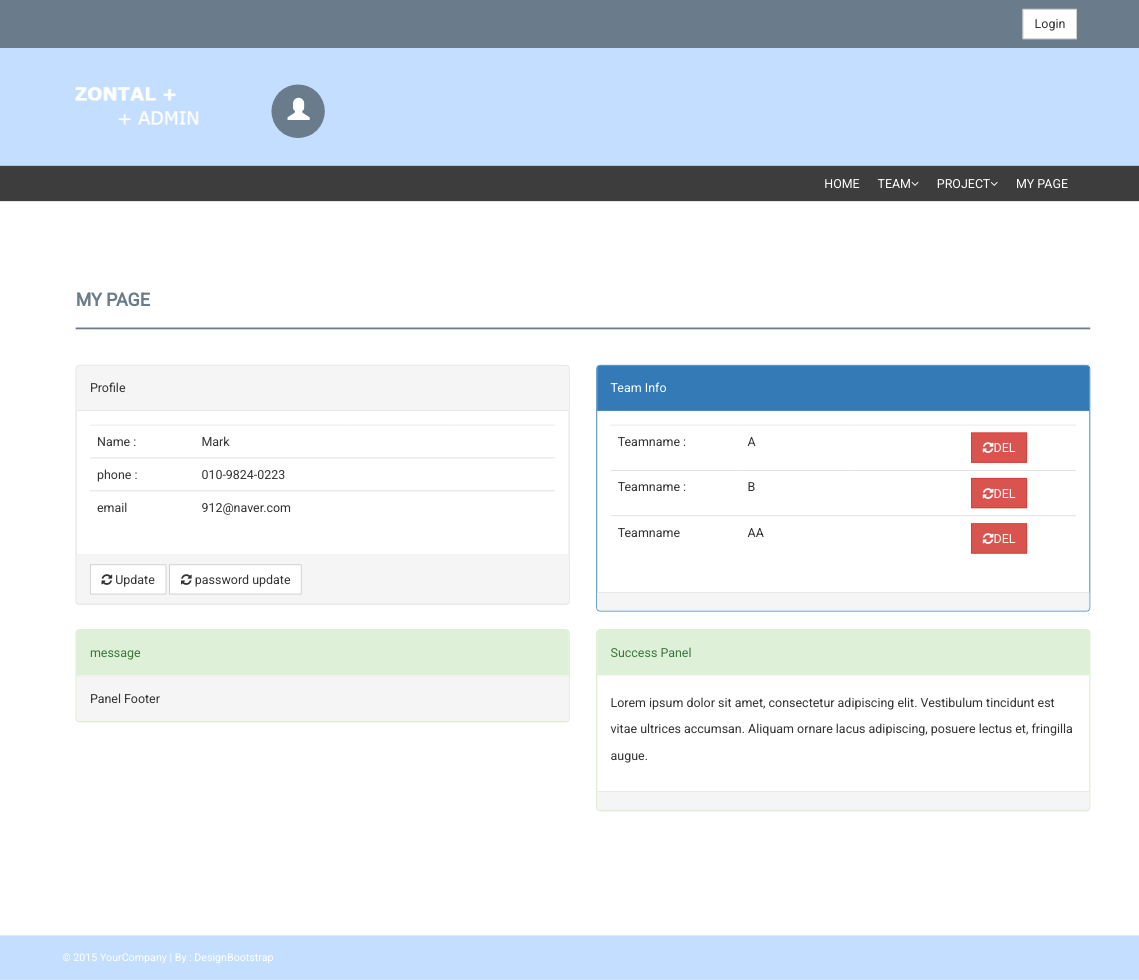
Repository: hwju91/skuniv
Page: http://localhost/0903.2/WEB-INF/jsp/mypage.jsp
An editor plug-in stored every save of this project. The page is shown before and after the next save, followed by the edit.
The browser window is 1280 px wide. The pictures show the whole page, at 89% of full size.
The page is served by Tomcat 9. Nobody is signed in. Other server files are loaded and not shown. The template is opened directly, without the code that normally fills it, so the values that code supplies are empty.

Above is the page before, as saved 2016-09-06 10:24:47.

### 0903.2/WebContent/WEB-INF/jsp/mypage.jsp
<%@ page language="java" contentType="text/html; charset=UTF-8"
	pageEncoding="UTF-8"%>
<jsp:include page="header_index.jsp" />
<jsp:include page="nav.jsp" />
<jsp:include page="menu_mypage.jsp" />


 <div class="content-wrapper">
            <div class="container">

            <div class="row">
				<div class="col-md-12">
					<h1 class="page-head-line">My page</h1>
				</div>
			</div>


			 <div class="row">
                <div class="col-md-6 col-sm-6">
                    <div class="panel panel-default">
                        <div class="panel-heading">
                            Profile
                        </div>
                        <div class="panel-body">
                            <div class="table-responsive">
                                <table class="table">
                                    <thead>
                                        <!-- <tr>
                                            <th>#</th>
                                            <th>First Name</th>
                                            <th>Last Name</th>
                                            <th>Username</th>
                                        </tr> -->
                                    </thead>
                                    <tbody>
                                        <tr>
                                            <td>Name :</td>
                                            <td>Mark</td>
                                            <td> </td>
                                            <td> </td>
                                        </tr>
                                        <tr>
                                            <td>phone : </td>
                                            <td>010-9824-0223</td>
                                            <td></td>
                                            <td></td>
                                        </tr>
                                        <tr>
                                            <td>email</td>
                                            <td>912@naver.com</td>
                                            <td></td>
                                            <td></td>
                                        </tr>

                                    </tbody>
                                </table>
                            </div>
                        </div>


                        <div class="panel-footer">
                            <a href="#" class="btn btn-default"><i class=" fa fa-refresh "></i> Update</a>
                            <a href="#" class="btn btn-default"><i class=" fa fa-refresh "></i> password update</a>
                        </div>
                    </div>

                </div>

                <div class="col-md-6 col-sm-6">
                    <div class="panel panel-primary">
                        <div class="panel-heading">
                            	Team Info
                        </div>
                         <div class="panel-body">
                            <div class="table-responsive">
                                <table class="table">
                                    <thead>
                                        <!-- <tr>
                                            <th>#</th>
                                            <th>First Name</th>
                                            <th>Last Name</th>
                                            <th>Username</th>
                                        </tr> -->
                                    </thead>
                                    <tbody>
                                        <tr>
                                            <td>Teamname :</td>
                                            <td>A</td>
                                            <td> </td>
                                            <td>  <a href="#" class="btn btn-danger"><i class=" fa fa-refresh "></i>DEL</a></td>
                                        </tr>
                                        <tr>
                                            <td>Teamname : </td>
                                            <td>B</td>
                                            <td></td>
                                            <td><a href="#" class="btn btn-danger"><i class=" fa fa-refresh "></i>DEL</a></td>
                                        </tr>
                                        <tr>
                                            <td>Teamname</td>
                                            <td>AA</td>
                                            <td></td>
                                            <td><a href="#" class="btn btn-danger"><i class=" fa fa-refresh "></i>DEL</a></td>
                                        </tr>

                                    </tbody>
                                </table>
                            </div>
                        </div>
                        <div class="panel-footer">
                        </div>
                    </div>
                </div>
                <div class="col-md-6 col-sm-6">
                    <div class="panel panel-success">
                        <div class="panel-heading">
                            message
                        </div>

                        <div class="panel-footer">
                            Panel Footer
                        </div>
                    </div>
                </div>

                 <div class="col-md-6 col-sm-6">
                    <div class="panel panel-success">
                        <div class="panel-heading">
                            Success Panel
                        </div>
                        <div class="panel-body">
                            <p>Lorem ipsum dolor sit amet, consectetur adipiscing elit. Vestibulum tincidunt est vitae ultrices accumsan. Aliquam ornare lacus adipiscing, posuere lectus et, fringilla augue.</p>
                        </div>
                        <div class="panel-footer">
                             <!-- <a href="#" class="btn btn-default"><i class=" fa fa-refresh "></i> password update</a> -->
                        </div>
                    </div>
                </div>
            </div>

            <!-- <div class="row">
                <div class="col-md-10 col-sm-10">
                    <div class="panel panel-default">
                        <div class="panel-heading">
                            Basic Tabs
                        </div>
                        <div class="panel-body">
                            <ul class="nav nav-tabs">
                                <li class="active"><a href="#team" data-toggle="tab">Home</a>
                                </li>
                                <li class=""><a href="#profile" data-toggle="tab">Profile</a>
                                </li>
                                <li class=""><a href="#messages" data-toggle="tab">Messages</a>
                                </li>
                                <li class=""><a href="#settings" data-toggle="tab">Settings</a>
                                </li>
                            </ul>

                            <div class="tab-content">
                                <div class="tab-pane fade active in" id="team">
                                    <h4>Home Tab</h4>
                                    <p>Lorem ipsum dolor sit amet, consectetur adipisicing elit, sed do eiusmod tempor incididunt ut labore et dolore magna aliqua. Ut enim ad minim veniam, quis nostrud exercitation ullamco laboris nisi ut aliquip ex ea commodo consequat. Duis aute irure dolor in reprehenderit in voluptate velit esse cillum dolore eu fugiat nulla pariatur. Excepteur sint occaecat cupidatat non proident, sunt in culpa qui officia deserunt mollit anim id est laborum.</p>
                                </div>
                                <div class="tab-pane fade" id="profile">
                                    <h4>Profile Tab</h4>
                                    <p>Lorem ipsum dolor sit amet, consectetur adipisicing elit, sed do eiusmod tempor incididunt ut labore et dolore magna aliqua. Ut enim ad minim veniam, quis nostrud exercitation ullamco laboris nisi ut aliquip ex ea commodo consequat. Duis aute irure dolor in reprehenderit in voluptate velit esse cillum dolore eu fugiat nulla pariatur. Excepteur sint occaecat cupidatat non proident, sunt in culpa qui officia deserunt mollit anim id est laborum.</p>
                                </div>
                                <div class="tab-pane fade" id="messages">
                                    <h4>Messages Tab</h4>
                                    <p>Lorem ipsum dolor sit amet, consectetur adipisicing elit, sed do eiusmod tempor incididunt ut labore et dolore magna aliqua. Ut enim ad minim veniam, quis nostrud exercitation ullamco laboris nisi ut aliquip ex ea commodo consequat. Duis aute irure dolor in reprehenderit in voluptate velit esse cillum dolore eu fugiat nulla pariatur. Excepteur sint occaecat cupidatat non proident, sunt in culpa qui officia deserunt mollit anim id est laborum.</p>
                                </div>
                                <div class="tab-pane fade" id="settings">
                                    <h4>Settings Tab</h4>
                                    <p>Lorem ipsum dolor sit amet, consectetur adipisicing elit, sed do eiusmod tempor incididunt ut labore et dolore magna aliqua. Ut enim ad minim veniam, quis nostrud exercitation ullamco laboris nisi ut aliquip ex ea commodo consequat. Duis aute irure dolor in reprehenderit in voluptate velit esse cillum dolore eu fugiat nulla pariatur. Excepteur sint occaecat cupidatat non proident, sunt in culpa qui officia deserunt mollit anim id est laborum.</p>
                                </div>
                            </div>
                        </div>
                    </div>
                </div>

            </div> -->


        </div><!-- container end -->
    </div><!-- content-wrapper  -->



<jsp:include page="footer.jsp" />

### 0903.2/WebContent/WEB-INF/jsp/header_index.jsp
<%@ page language="java" contentType="text/html; charset=UTF-8"
    pageEncoding="UTF-8"%>
<!DOCTYPE html PUBLIC "-//W3C//DTD HTML 4.01 Transitional//EN" "http://www.w3.org/TR/html4/loose.dtd">
<html>
<head>
    <title>Winder</title>

    <link href="css/bootstrap.css" rel="stylesheet" />
    <link href="css/font-awesome.css" rel="stylesheet" />
    <link href="css/style.css" rel="stylesheet" />

	<style>
		.carousel-inner > .item > img,
		.carousel-inner > .item > a > img {
	      width: 90%;
	      height: 500px;
	      margin: auto;
	    }
	</style>

</head>
</head>

### 0903.2/WebContent/WEB-INF/jsp/nav.jsp
<%@ page language="java" contentType="text/html; charset=UTF-8"
    pageEncoding="UTF-8"%>
<body>
    <header>
        <div class="container">
            <div class="row">
                <div class="col-md-12">
                    <!-- <strong>Email: </strong>info@yourdomain.com
                    &nbsp;&nbsp;
                    <strong>Support: </strong>+90-897-678-44 -->
                    <%
                    if("loginok".equals((String)session.getAttribute("loginchk"))){
                    	%>
                    	<a class="btn btn-default" href="logout">Logout</a>
                    <%}
                    else{
                    %>
                    	<a class="btn btn-default" href="login">Login</a>
                    <% }%>

                </div>

            </div>
        </div>
    </header>
    <!-- HEADER END-->
    <div class="navbar navbar-inverse set-radius-zero">
        <div class="container">
            <div class="navbar-header">
                <button type="button" class="navbar-toggle" data-toggle="collapse" data-target=".navbar-collapse">
                    <span class="icon-bar"></span>
                    <span class="icon-bar"></span>
                    <span class="icon-bar"></span>
                </button>
                <a class="navbar-brand" href="index.html">
                    <img src="img/logo.png" />
                </a>

            </div>

            <div class="left-div">
                <div class="user-settings-wrapper">
                    <ul class="nav">

                        <li class="dropdown">
                            <a class="dropdown-toggle" data-toggle="dropdown" href="#" aria-expanded="false">
                                <span class="glyphicon glyphicon-user" style="font-size: 25px;"></span>
                            </a>
                            <div class="dropdown-menu dropdown-settings" style="color: #fff">
                                <div class="media">
                                    <a class="media-left" href="#">
                                        <img src="img/64-64.jpg" alt="" class="img-rounded" />
                                    </a>
                                    <div class="media-body">
                                        <h4 class="media-heading">Jhon Deo Alex </h4>
                                        <h5>Developer & Designer</h5>

                                    </div>
                                </div>
                                <hr />
                                <h5><strong>Personal Bio : </strong></h5>
                                Anim pariatur cliche reprehen derit.
                                <hr />
                                <a href="#" class="btn btn-info btn-sm">Full Profile</a>&nbsp; <a href="login.html" class="btn btn-danger btn-sm">Logout</a>

                            </div>
                        </li>


                    </ul>
                </div>
            </div>
        </div>
    </div>
    <!-- LOGO HEADER END-->

### 0903.2/WebContent/WEB-INF/jsp/menu_mypage.jsp
<%@ page language="java" contentType="text/html; charset=UTF-8"
    pageEncoding="UTF-8"%>
<%@taglib prefix="c"  uri="http://java.sun.com/jsp/jstl/core" %>
<section class="menu-section">
        <div class="container">
            <div class="row">
                <div class="col-md-12">
                    <div class="navbar-collapse collapse ">
                        <ul id="menu-top" class="nav navbar-nav navbar-right">
                            <li><a class="menu-top" href="home">Home</a></li>
                            <li class="dropdown">
                                <a href="#" class="dropdown-toggle" data-toggle="dropdown">Team<i class="fa fa-angle-down"></i></a>
                                <ul class="dropdown-menu">
                                    <li><a href="teamCreateform">팀 생성</a></li>
                                    <c:forEach items="${teammenu }" var="tmenu">
                                    <li><a href="projectlist?tno=${tmenu.tno }">${tmenu.name }</a></li>
                                    </c:forEach>
                                </ul>
                            </li>
                            <li class="dropdown">
                                <a href="#" class="dropdown-toggle" data-toggle="dropdown">Project<i class="fa fa-angle-down"></i></a>
                                <ul class="dropdown-menu">
                                    <li><a href="projectform">프로젝트 생성</a></li>
                                    <c:forEach items="${projectmenu }" var="pmenu">
                                    <li><a href="projectmain?pno=${pmenu.pno }">${pmenu.name }</a></li>
                                    </c:forEach>
                                </ul>
                            </li>
                             <li><a class="menu-top" href="mypage">My Page</a></li>

                        </ul>
                    </div>
                </div>

            </div>
        </div>
    </section>
    <!-- MENU SECTION END-->
    <div class="content-wrapper">
        <div class="container">

### 0903.2/WebContent/WEB-INF/jsp/footer.jsp
<%@ page language="java" contentType="text/html; charset=UTF-8"
    pageEncoding="UTF-8"%>
 </div>
    </div>
    <!-- CONTENT-WRAPPER SECTION END-->
    <footer>
        <div class="container">
            <div class="row">
                <div class="col-md-12">
                    &copy; 2015 YourCompany | By : <a href="http://www.designbootstrap.com/" target="_blank">DesignBootstrap</a>
                </div>

            </div>
        </div>
    </footer>
    <!-- script -->
<script src="js/jquery-2.2.3.min.js"></script>
<script src="js/bootstrap.js"></script>
</body>
</html>

Loaded but not shown: 0903.2/WebContent/css/bootstrap.css (library); 0903.2/WebContent/css/font-awesome.css (library); 0903.2/WebContent/js/jquery-2.2.3.min.js (library); 0903.2/WebContent/js/bootstrap.js (library); 0903.2/WebContent/css/style.css (314 lines, source omitted)

After the next save:
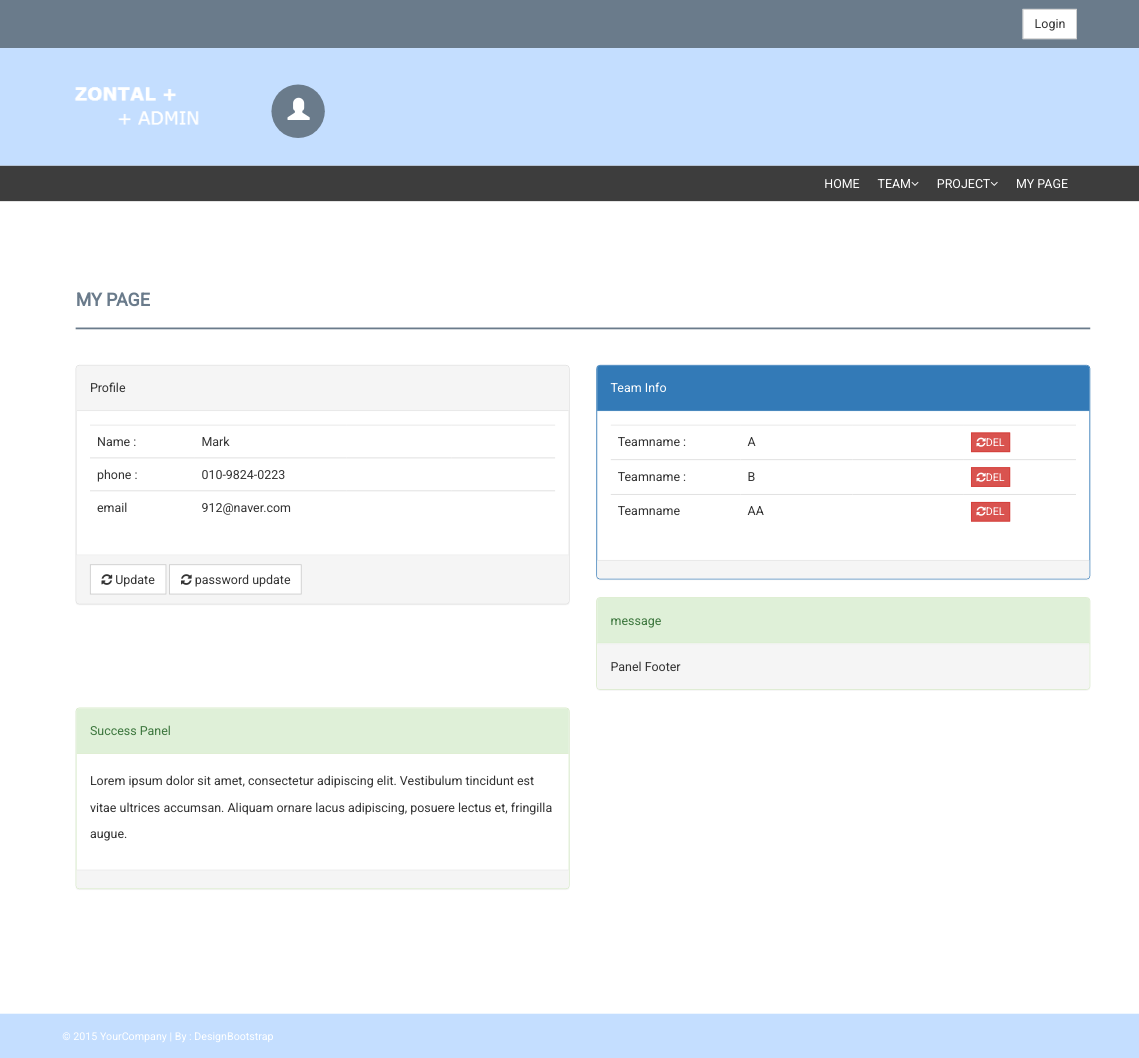
Saved 97 s later.
--- a/0903.2/WebContent/WEB-INF/jsp/mypage.jsp
+++ b/0903.2/WebContent/WEB-INF/jsp/mypage.jsp
@@ -87,19 +87,19 @@
                                             <td>Teamname :</td>
                                             <td>A</td>
                                             <td> </td>
-                                            <td>  <a href="#" class="btn btn-danger"><i class=" fa fa-refresh "></i>DEL</a></td>
+                                            <td>  <a href="#" class="btn btn-danger btn-xs"><i class=" fa fa-refresh "></i>DEL</a></td>
                                         </tr>
                                         <tr>
                                             <td>Teamname : </td>
                                             <td>B</td>
                                             <td></td>
-                                            <td><a href="#" class="btn btn-danger"><i class=" fa fa-refresh "></i>DEL</a></td>
+                                            <td><a href="#" class="btn btn-danger btn-xs"><i class=" fa fa-refresh "></i>DEL</a></td>
                                         </tr>
                                         <tr>
                                             <td>Teamname</td>
                                             <td>AA</td>
                                             <td></td>
-                                            <td><a href="#" class="btn btn-danger"><i class=" fa fa-refresh "></i>DEL</a></td>
+                                            <td><a href="#" class="btn btn-danger btn-xs"><i class=" fa fa-refresh "></i>DEL</a></td>
                                         </tr>
 
                                     </tbody>
